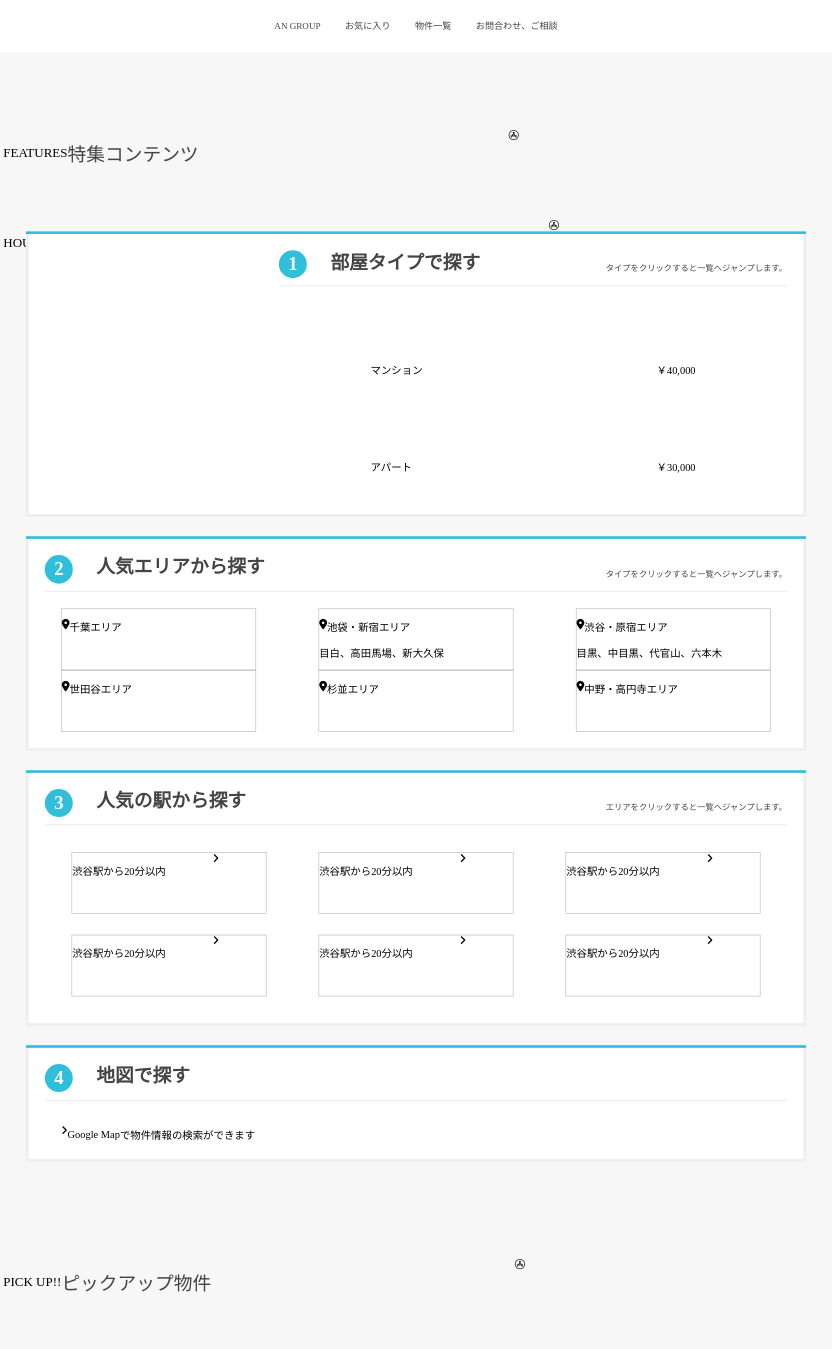
Repository: ninhdavid/real-estate
Page: index.html
An editor plug-in stored every save of this project. The page is shown before and after the next save, followed by the edit.
The browser window is 1280 px wide. The pictures show the whole page, at 65% of full size.
Some web libraries are served in a nearby version. The style sheet was rebuilt from its Sass, Less or Tailwind sources for each picture, by a compiler version that may differ from the author's.

Above is the page before, as saved 2022-05-13 23:03:25.

### index.html
<!DOCTYPE html>
<html lang="en">

<head>
    <meta charset="UTF-8">
    <meta http-equiv="X-UA-Compatible" content="IE=edge">
    <meta name="viewport" content="width=device-width, initial-scale=1.0">
    <link rel="stylesheet" href="css/main.css">
    <script src="https://kit.fontawesome.com/691ec27588.js" crossorigin="anonymous"></script>
    <title>Document</title>
</head>

<body>
    <div class="main-container">
        <div class="header">
            <div class="img-header"></div>
        </div>
        <div class="main-nav">
            <ul id="nav">
                <li><a class="nav-img" href="#">
                        <!-- <img src="./asset/img/logo/logo-edited.png" alt=""> -->
                        AN GROUP
                    </a></li>
                <li><a href="#">お気に入り</a></li>
                <li><a href="#">物件一覧</a></li>
                <li><a href="#">お問合わせ、ご相談</a></li>
            </ul>
        </div>
        <div class="content">
            <div class="content-section">
                <div class="title-section">
                    <i class="fa-brands fa-app-store"></i>
                    <p>FEATURES</p>
                    <p>特集コンテンツ</p>
                </div>
                <div id="slider"> </div>
            </div>
            <div class="content-section search-section">
                <div class="title-section">
                    <i class="fa-brands fa-app-store"></i>
                    <p>HOUSE SEARCH</p>
                    <p>2種類のカンタン検索</p>
                </div>
                <div class="content-area">
                    <div class="content-box">
                        <div class="title-area">
                            <h3>
                                <span>1</span>
                                部屋タイプで探す
                            </h3>
                            <p>タイプをクリックすると一覧へジャンプします。</p>
                        </div>
                        <div class="type-list">
                            <div class="type-list-des">
                                <div class="list-bg"></div>
                                <p class="list-title">マンション</p>
                                <p class="list-price">￥40,000</p>
                            </div>
                            <div class="type-list-des">
                                <div class="list-bg"></div>
                                <p class="list-title">アパート</p>
                                <p class="list-price">￥30,000</p>
                            </div>
                        </div>
                    </div>
                    <div class="content-box">
                        <div class="title-area">
                            <h3>
                                <span>2</span>
                                人気エリアから探す
                            </h3>
                            <p>タイプをクリックすると一覧へジャンプします。</p>
                        </div>
                        <div class="type-list location-list">
                            <div class="type-list-des location-des">
                                <i class="fa-solid fa-location-dot"></i>
                                <p>千葉エリア</p>
                            </div>
                            <div class="type-list-des location-des">
                                <i class="fa-solid fa-location-dot"></i>
                                <p>池袋・新宿エリア</p>
                                <p>目白、高田馬場、新大久保</p>
                            </div>
                            <div class="type-list-des location-des">
                                <i class="fa-solid fa-location-dot"></i>
                                <p>渋谷・原宿エリア</p>
                                <p>目黒、中目黒、代官山、六本木</p>
                            </div>
                            <div class="type-list-des location-des">
                                <i class="fa-solid fa-location-dot"></i>
                                <p>世田谷エリア</p>
                                <p></p>
                            </div>
                            <div class="type-list-des location-des">
                                <i class="fa-solid fa-location-dot"></i>
                                <p>杉並エリア</p>
                                <p></p>
                            </div>
                            <div class="type-list-des location-des">
                                <i class="fa-solid fa-location-dot"></i>
                                <p>中野・高円寺エリア</p>
                            </div>
                        </div>
                    </div>
                    <div class="content-box">
                        <div class="title-area">
                            <h3>
                                <span>3</span>
                                人気の駅から探す
                            </h3>
                            <p>エリアをクリックすると一覧へジャンプします。</p>
                        </div>
                        <div class="type-list station-list">
                            <div class="type-list-des station-des">
                                <i class="fa-solid fa-angle-right"></i>
                                <p>渋谷駅から</p>
                                <p>20分以内</p>
                            </div>
                            <div class="type-list-des station-des">
                                <i class="fa-solid fa-angle-right"></i>
                                <p>渋谷駅から</p>
                                <p>20分以内</p>
                            </div>
                            <div class="type-list-des station-des">
                                <i class="fa-solid fa-angle-right"></i>
                                <p>渋谷駅から</p>
                                <p>20分以内</p>
                            </div>
                            <div class="type-list-des station-des">
                                <i class="fa-solid fa-angle-right"></i>
                                <p>渋谷駅から</p>
                                <p>20分以内</p>
                            </div>
                            <div class="type-list-des station-des">
                                <i class="fa-solid fa-angle-right"></i>
                                <p>渋谷駅から</p>
                                <p>20分以内</p>
                            </div>
                            <div class="type-list-des station-des">
                                <i class="fa-solid fa-angle-right"></i>
                                <p>渋谷駅から</p>
                                <p>20分以内</p>
                            </div>
                        </div>
                    </div>
                    <div class="content-box">
                        <div class="title-area">
                            <h3>
                                <span>4</span>
                                地図で探す
                            </h3>
                        </div>
                        <div class="type-list map-list">
                            <i class="fa-solid fa-angle-right"></i>
                            <p>Google Map</p>
                            <p>で物件情報の検索ができます</p>
                        </div>
                    </div>
                </div>
            </div>
            <div class="content-section">
                <div class="title-section">
                    <i class="fa-brands fa-app-store"></i>
                    <p>PICK UP!!</p>
                    <p>ピックアップ物件</p>
                </div>
                <div></div>
            </div>
        </div>

    </div>



</body>
<script src="asset/java-script/chat-online.js"></script>

</html>

### css/main.scss


*{
    padding: 0;
    margin: 0;
    box-sizing: border-box;
}

.main-nav{
    // height: 85px;
    background-color: #fff;
    width: 100%;
    z-index:10;
    height: 5em;
    text-align: center;
}
#nav{
    display:inline-block;
}
#nav,
.subnav {
    list-style-type: none;
}
#nav > li{
    display:inline-block;
}
#nav  li{
    position: relative;
    top:11px;
}
#nav li a{
    display: block;
    text-decoration: none;
    line-height: 24px;
    font-size: 14px;
    padding: 1.2em;
}
#nav>li>a{
    color: rgb(68,68,68);
    text-transform: uppercase;
}
// .nav-img{
//     background-image: url("/asset/img/logo/logo-edited.png");
//     height:80px;
//     width: 100px;
//     padding: 5px 0;
//     background-position: center; /* Center the image */
//     background-repeat: no-repeat; /* Do not repeat the image */
//     background-size: cover;
// }
.content{
    background-color: #f7f7f7;
    padding: 60px 5px;
}
.content-section{
    display: block;
    text-align: center;
    padding:60px 0;
}
.title-section{

}
.search-section{

}
.title-section i {

}
.tittle-section p{
    font-weight: bold;
}
.title-section>p:nth-of-type(1){
    font-size: 1.25em;
    line-height: 1;
    padding: 10px 0;
}
.title-section p:nth-of-type(2){
    font-size: 1.8em;
    // font-size: 32px;
    color: #444444;
    padding-bottom: 2em;
}
.content-area{
    width: 1200px;
    margin: 0 auto;
}

.content-box{
    // display:relative;
    width: 100%;
    padding: 25px;
    border: 4px solid #eeeeee;
    position: relative;
    margin-bottom:30px;
    background-color: #fff;
}
.content-box:before{
    content: "";
    display: block;
    position: absolute;
    left: -4px;
    top: -4px;
    width: calc(100% + 8px);
    height: 4px;
    background-color: #30bedb;
}
.content-box p {
    display: inline-block;
}
.title-area{
    display:flex;
    justify-content:space-between;
    // font-size: 1.8em;
    line-height: 1.2;
    text-align: center;
    align-items:center;
    padding-bottom: 0.7em;
    border-bottom: 2px solid #eeeeee;
}
.title-area h3{
    font-size: 1.8em;
    color: #444444;
}
.title-area>h3>span{
    width: 1.5em;
    line-height: 1.5em;
    background-color: #30bedb;
    color: #fff;
    display:inline-block;
    vertical-align: middle;
    margin-right: 1em;
    // font-size: 1.6428571429em;
    // font-size: 1.17em;
    font-weight: bold;
    text-align: center;
    border-radius: 50% 50% 50% 50%;
}
.title-area>p{
    font-size: 0.8em;
    color: #444444;
}
.type-list{
    padding: 25px 25px 0px 25px;
    display:flex;
    flex-wrap: wrap;
    flex-direction:row;
    justify-content: center;
}
.type-list-des{
    width: 500px;
    height:150px;
    position: relative;
}
.list-bg{
    position: absolute;
    background: no-repeat center center / cover;
    transition: all 0.3s ease;
    background-color: red;
}
.list-title{
    position:absolute;
    left: 0;
    top: 50%;
}
.list-price{
    position:absolute;
    right: 0;
    top: 50%;
}
.location-list{
    display: flex;
    justify-content:space-between;
}
.location-des{
    border:1px solid #bbbbbb;
    height:95px;
    width:300px;
    margin: 1em;
    // display:flex;
    // justify-content: center;
    // align-items: center;
    // flex-direction: column;
    // text-align:center;
    margin: auto 0;
}
.location-des i,p{
    display:block;
    float:left;
    margin-top:15px;
}
.station-list{
    display: flex;
    justify-content:space-between;
}
.station-des{
    border:1px solid #bbbbbb;
    height:95px;
    width:300px;
    margin: 1em;
}

.map-list{
    display: flex;
    justify-content:flex-start;
    align-items:center;
}

Loaded but not shown: asset/java-script/chat-online.js (no stored copy; drawn as an empty file)

After the next save:
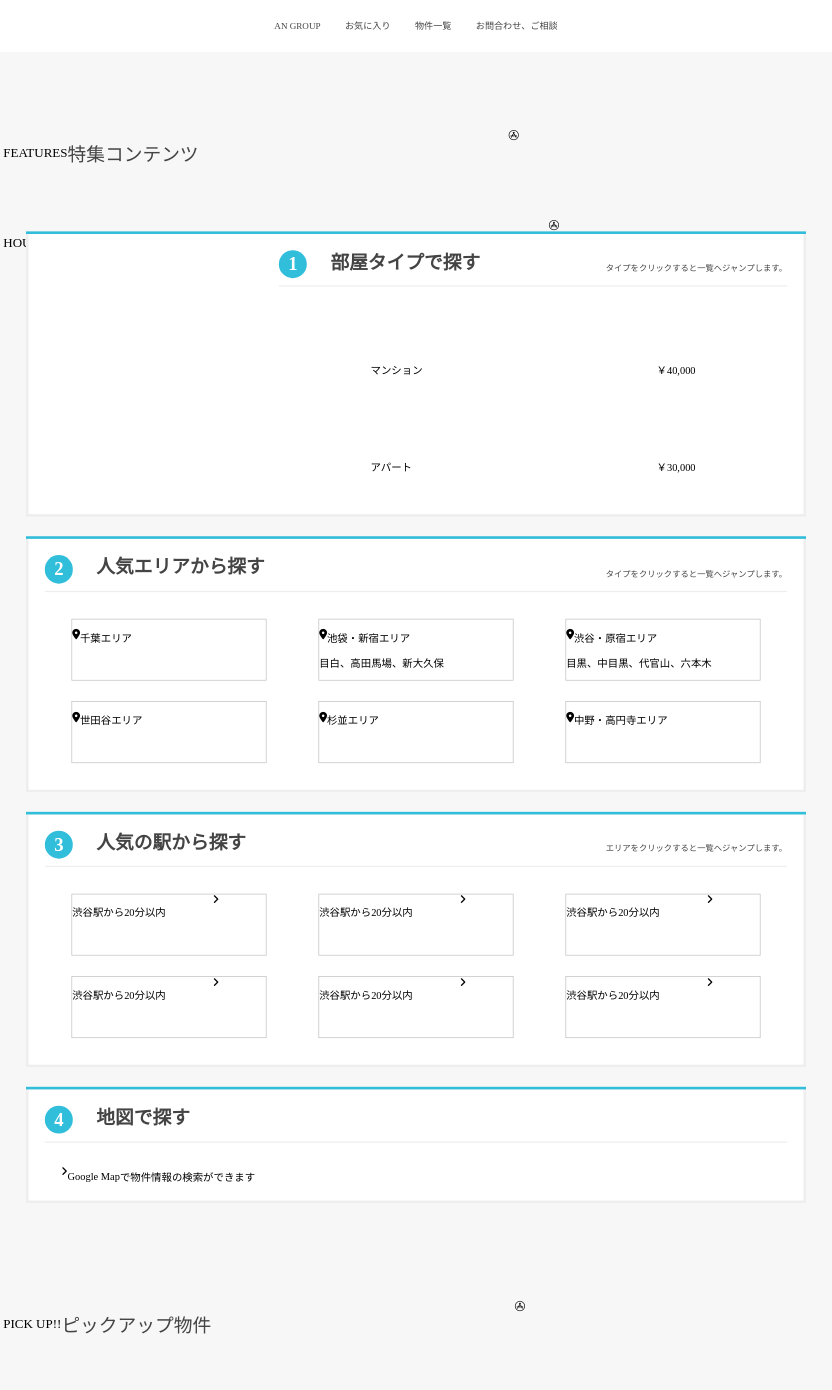
Saved 4 s later.
--- a/css/main.scss
+++ b/css/main.scss
@@ -181,7 +181,6 @@
     // align-items: center;
     // flex-direction: column;
     // text-align:center;
-    margin: auto 0;
 }
 .location-des i,p{
     display:block;
